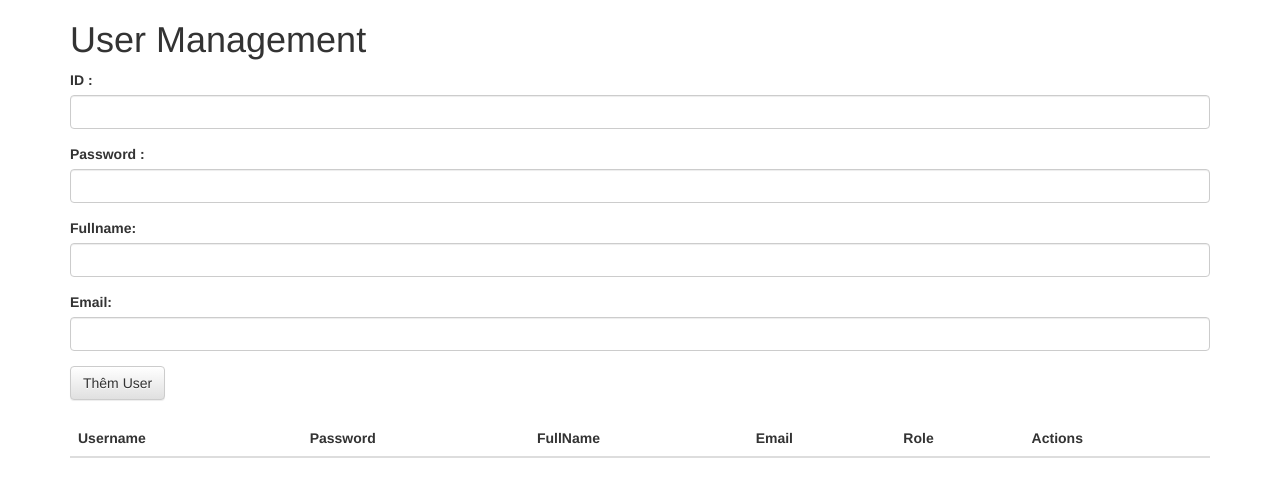
Repository: Hacorbie/Java-Servlet
Page: http://localhost/ASM_JV4/views/Ana.jsp
The author's editor kept a copy of each file at every save. The page is drawn from the files as they stood at one save, then again after the next save.
The browser window is 1280 px wide. The pictures show the whole page.
Some web libraries are served in a nearby version. The page is served by Tomcat 9. Other server files are loaded and not shown.

Above is the page before, as saved 2023-04-09 16:13:45.

### ASM_JV4/src/main/webapp/views/Ana.jsp
<%@ page language="java" contentType="text/html; charset=UTF-8"
	pageEncoding="UTF-8"%>
<%@ taglib uri="http://java.sun.com/jsp/jstl/core" prefix="c"%>
<!DOCTYPE html>
<html>
<head>
<meta charset="UTF-8">

<title>User Management</title>
<!-- Thêm các file CSS Bootstrap -->
<link rel="stylesheet"
	href="https://maxcdn.bootstrapcdn.com/bootstrap/3.3.7/css/bootstrap.min.css">
<link rel="stylesheet"
	href="https://maxcdn.bootstrapcdn.com/bootstrap/3.3.7/css/bootstrap-theme.min.css">
</head>
<body>
	<c:url var="url" value="/AnaLyst"></c:url>
	<div class="container">
		<h1>User Management</h1>
		<!-- Form thêm mới video -->
		<form method="post" action="/Analyst">
			<div class="form-group">
				<label for="ID">ID :</label> <input type="text" class="form-control"
					name="ID">
			</div>
			<div class="form-group">
				<label for="pass">Password :</label> <input type="text"
					class="form-control" name="pass">
			</div>
			<div class="form-group">
				<label for="fname">Fullname:</label> <input type="text"
					class="form-control" name="fname">
			</div>
			<div class="form-group">
				<label for="emai">Email:</label> <input type="text"
					class="form-control" name="emai">
			</div>
			<button type="submit" class="btn btn-default">Thêm User</button>
		</form>
		<br>
		<!-- Bảng hiển thị danh sách video -->
		<table class="table">
			<thead>
				<tr>
					<th>Username</th>
					<th>Password</th>
					<th>FullName</th>
					<th>Email</th>
					<th>Role</th>
					<th>Actions</th>
				</tr>
			</thead>
			<tbody>
				<c:forEach var="user" items="${users}">
					<tr>
						<td>${user.id}</td>
						<td>${user.password}</td>
						<td>${user.fullname}</td>
						<td>${user.email}</td>
						<td>${user.admin}</td>
						<td>
							<!-- Form chỉnh sửa video -->
							<form method="post" action="VideoController" class="form-inline">
								<input type="hidden" name="action" value="edit"> <input
									type="hidden" name="id" value="${user.id}">
								<button type="submit" class="btn btn-primary">Update</button>
							</form> <!-- Form xóa video -->
							<form method="post" action="VideoController" class="form-inline">
								<input type="hidden" name="action" value="delete"> <input
									type="hidden" name="id" value="${user.id}">
								<button type="submit" class="btn btn-danger">Delete</button>
							</form>
						</td>
					</tr>
				</c:forEach>
			</tbody>
		</table>
	</div>
	<!-- Thêm các file JavaScript Bootstrap -->
	<script
		src="https://ajax.googleapis.com/ajax/libs/jquery/3.2.1/jquery.min.js"></script>
	<script
		src="https://maxcdn.bootstrapcdn.com/bootstrap/3.3.7/js/bootstrap.min.js"></script>

</body>
</html>

After the next save:
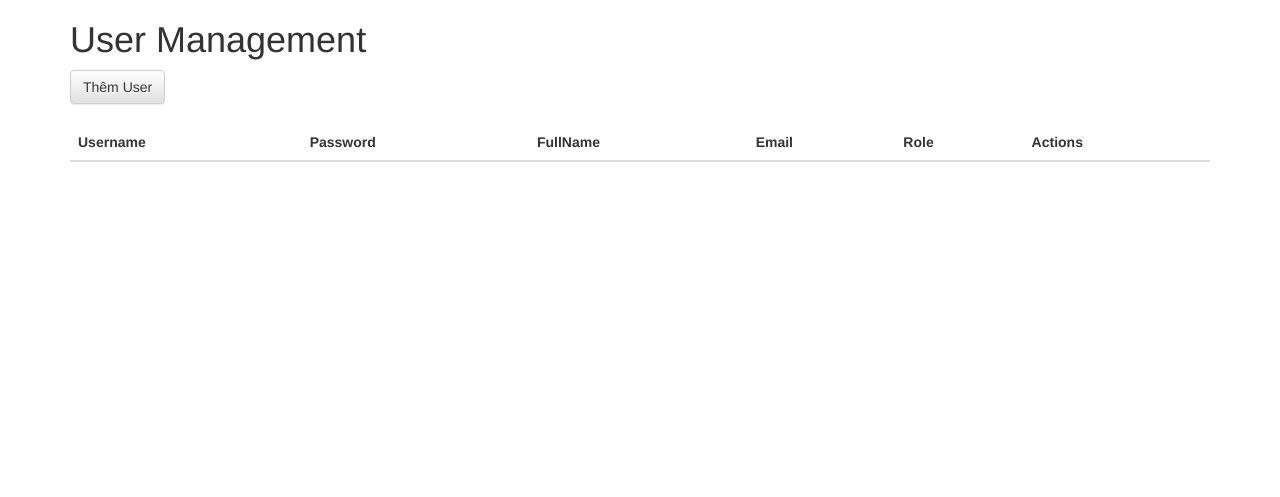
Saved 20 s later.
--- a/ASM_JV4/src/main/webapp/views/Ana.jsp
+++ b/ASM_JV4/src/main/webapp/views/Ana.jsp
@@ -19,22 +19,6 @@
 		<h1>User Management</h1>
 		<!-- Form thêm mới video -->
 		<form method="post" action="/Analyst">
-			<div class="form-group">
-				<label for="ID">ID :</label> <input type="text" class="form-control"
-					name="ID">
-			</div>
-			<div class="form-group">
-				<label for="pass">Password :</label> <input type="text"
-					class="form-control" name="pass">
-			</div>
-			<div class="form-group">
-				<label for="fname">Fullname:</label> <input type="text"
-					class="form-control" name="fname">
-			</div>
-			<div class="form-group">
-				<label for="emai">Email:</label> <input type="text"
-					class="form-control" name="emai">
-			</div>
 			<button type="submit" class="btn btn-default">Thêm User</button>
 		</form>
 		<br>
